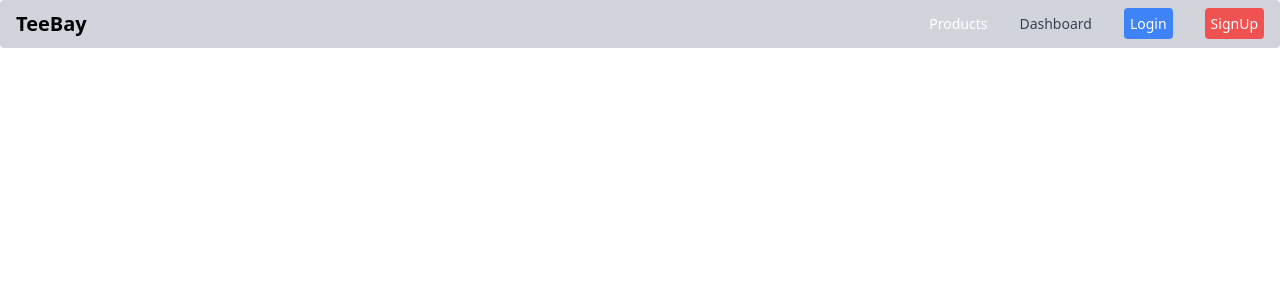
Repository: MahmudShuvo/TeeBay
Page: / (app in teebay-frontend/)
An editor plug-in stored every save of this project. The page is shown before and after the next save, followed by the edit.
The browser window is 1280 px wide. The pictures show the whole page.
The page's requests for data from a server got no answer. The project was rebuilt for these pictures with package versions that can differ from the ones it lists, and the page was loaded fresh each time. No one was signed in, and anything a server would have sent is missing. Also part of the build but not shown: teebay-frontend/vite.config.ts, teebay-frontend/src/pages/ConfirmBuy.tsx, teebay-frontend/src/pages/Buy.tsx, teebay-frontend/src/components/ProductCard.tsx, teebay-frontend/src/components/OwnerCard.tsx, teebay-frontend/src/components/LentProducts.tsx, teebay-frontend/src/components/BoughtProducts.tsx, teebay-frontend/src/components/SoldProducts.tsx and 11 more. Imported but missing from the stored project, and not drawn on this page: teebay-frontend/src/components/SignUp.tsx.

Above is the page before, as saved 2024-07-10 12:36:47.

After the next save:
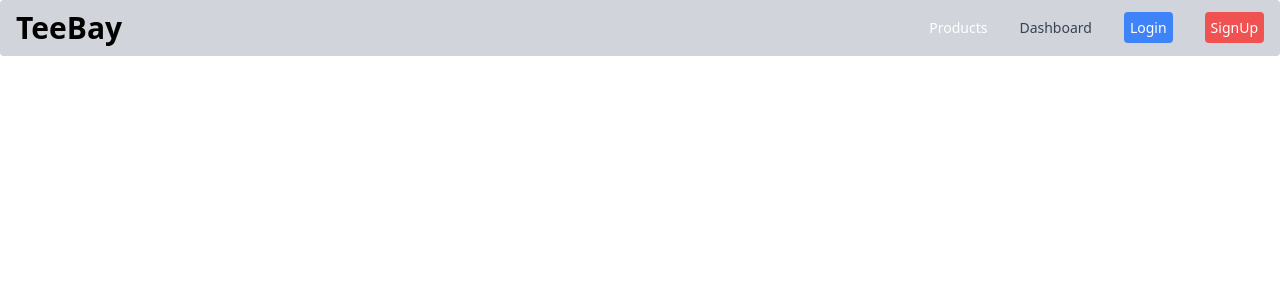
Saved 38 min 20 s later.
--- a/teebay-frontend/src/components/MainNav.tsx
+++ b/teebay-frontend/src/components/MainNav.tsx
@@ -7,7 +7,7 @@ function MainNav() {
   return (
     <Navbar fluid rounded className="bg-gray-300">
       <Navbar.Brand >
-        <span className="self-center whitespace-nowrap text-xl font-semibold dark:text-white">TeeBay</span>
+        <span className="self-center whitespace-nowrap text-3xl font-semibold dark:text-white">TeeBay</span>
       </Navbar.Brand>
       <Navbar.Collapse>
         <Navbar.Link href="/" active>
